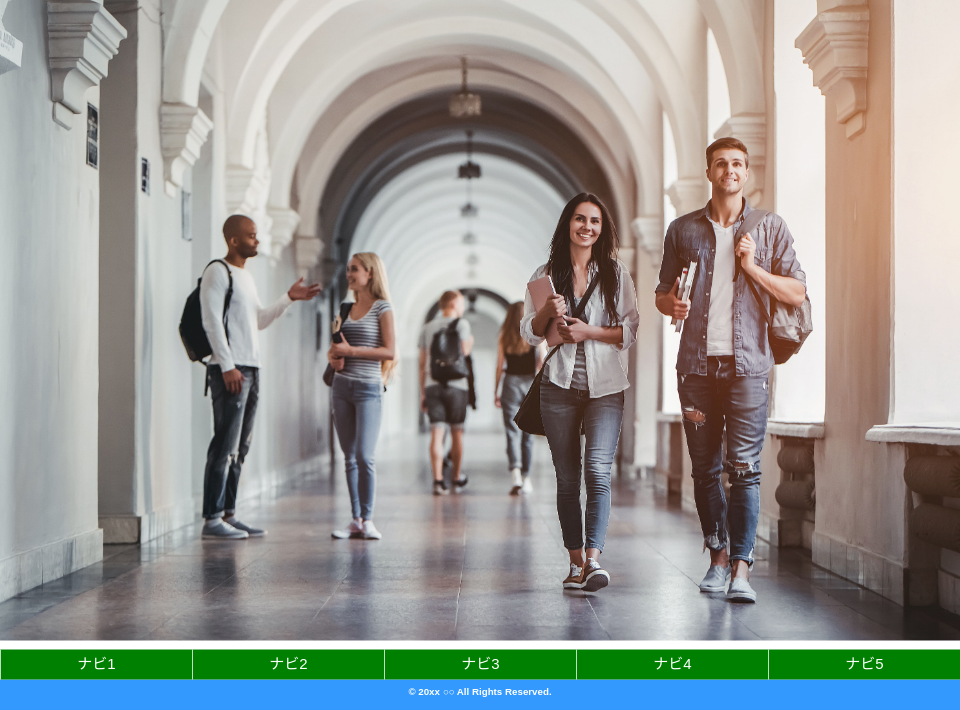
Repository: macozawa/samurai_HTML-CSS
Page: home.html
The author's editor kept a record of every edit. The page is drawn from the files as they stood at one moment, then again after the next edit.
The browser window is 1280 px wide. The pictures show the whole page, at 75% of full size.
Pictures or frames that could not be fetched are drawn as grey boxes.

Above is the page before.

After the next edit:
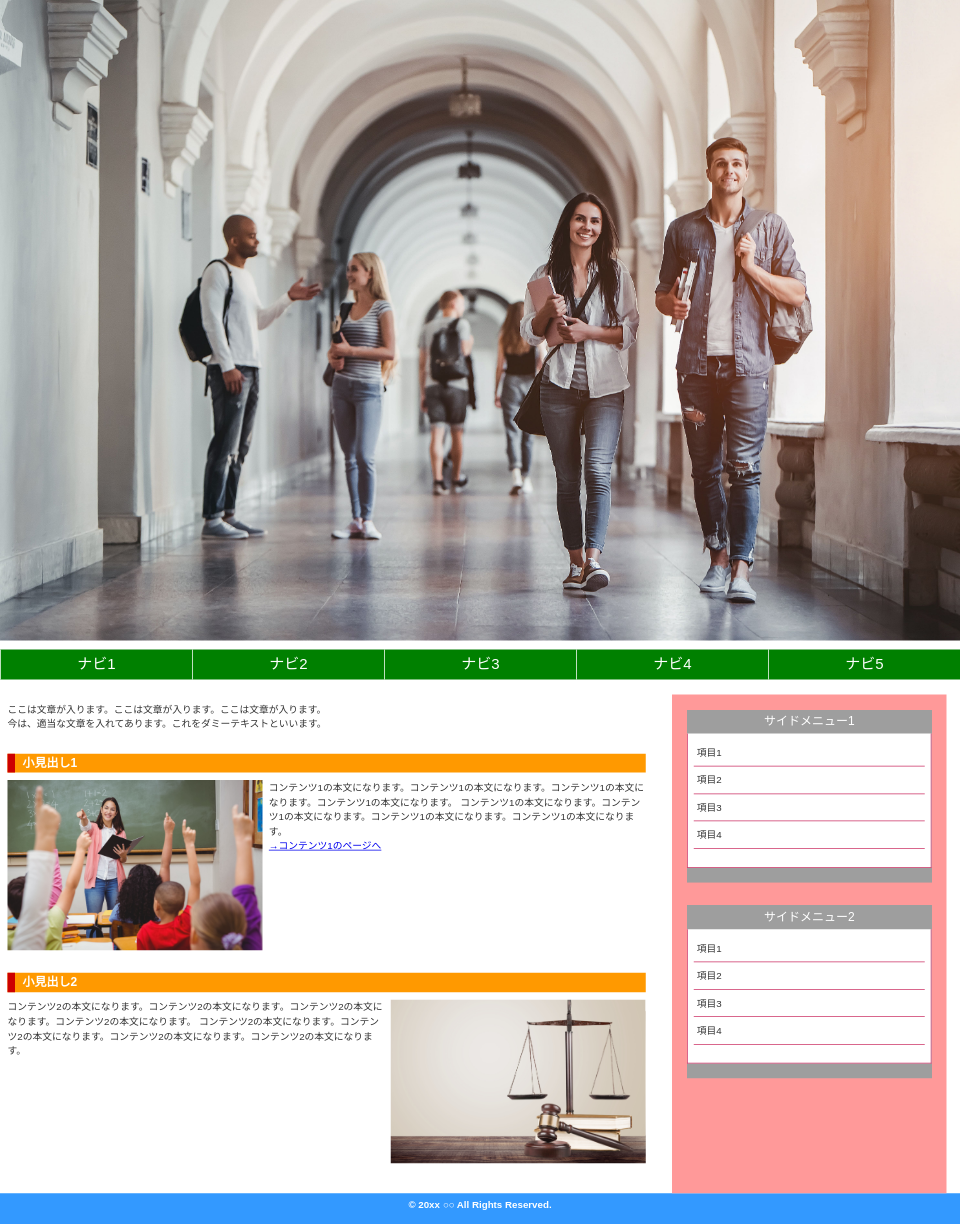
The edit:
--- a/home.html
+++ b/home.html
@@ -10,18 +10,66 @@
             <h1><a href="index.html"><img id="corridor" src="images/corridor.jpg" alt="大学の廊下" /></a></h1>
         </div>
         <div id="wrapper">
-          <div id="nav">
-              <ul>
-                  <li><a href="home.html">ナビ1</a></li>
-                  <li><a href="#">ナビ2</a></li>
-                  <li><a href="#">ナビ3</a></li>
-                  <li><a href="#">ナビ4</a></li>
-                  <li><a href="#">ナビ5</a></li>
+            <div id="nav">
+                <ul>
+                    <li><a href="home.html">ナビ1</a></li>
+                    <li><a href="#">ナビ2</a></li>
+                    <li><a href="#">ナビ3</a></li>
+                    <li><a href="#">ナビ4</a></li>
+                    <li><a href="#">ナビ5</a></li>
                 </ul>
-             </div>
+            </div>
+            <div id="container">
+                <div id="main">
+                    <div class="post">
+                        <p>ここは文章が入ります。ここは文章が入ります。ここは文章が入ります。<br />今は、適当な文章を入れてあります。これをダミーテキストといいます。</p>
+                    </div>
+                    <div class="post clearfix">
+                        <h2>小見出し1</h2>
+                        <img class="left" src="images/classroom.jpg" alt="授業風景" />
+                        <p>
+                            コンテンツ1の本文になります。コンテンツ1の本文になります。コンテンツ1の本文になります。コンテンツ1の本文になります。
+                            コンテンツ1の本文になります。コンテンツ1の本文になります。コンテンツ1の本文になります。コンテンツ1の本文になります。
+                        </p>
+                        <p><a href="#">→コンテンツ1のページへ</a></p>
+                    </div>
+                    <div class="post clearfix">
+                        <h2>小見出し2</h2>
+                        <img class="right" src="images/scale.jpg" alt="天秤" />
+                        <p>
+                            コンテンツ2の本文になります。コンテンツ2の本文になります。コンテンツ2の本文になります。コンテンツ2の本文になります。
+                            コンテンツ2の本文になります。コンテンツ2の本文になります。コンテンツ2の本文になります。コンテンツ2の本文になります。
+                        </p>
+                    </div>
+                </div>
+                <div id="side">
+                    <div class="box">
+                        <h2>サイドメニュー1</h2>
+                        <div class="boxBody">
+                            <ul>
+                                <li>項目1</li>
+                                <li>項目2</li>
+                                <li>項目3</li>
+                                <li>項目4</li>
+                            </ul>
+                        </div>
+                    </div>
+                    <div class="box">
+                        <h2>サイドメニュー2</h2>
+                        <div class="boxBody">
+                            <ul>
+                                <li>項目1</li>
+                                <li>項目2</li>
+                                <li>項目3</li>
+                                <li>項目4</li>
+                            </ul>
+                        </div>
+                    </div>
+                </div>
+            </div>
         </div>
-         <div id="footer">
-           <p>&copy; 20xx ○○ All Rights Reserved.</p>
-         </div>
+        <div id="footer">
+            <p>&copy; 20xx ○○ All Rights Reserved.</p>
+        </div>
     </body>
 </html>
